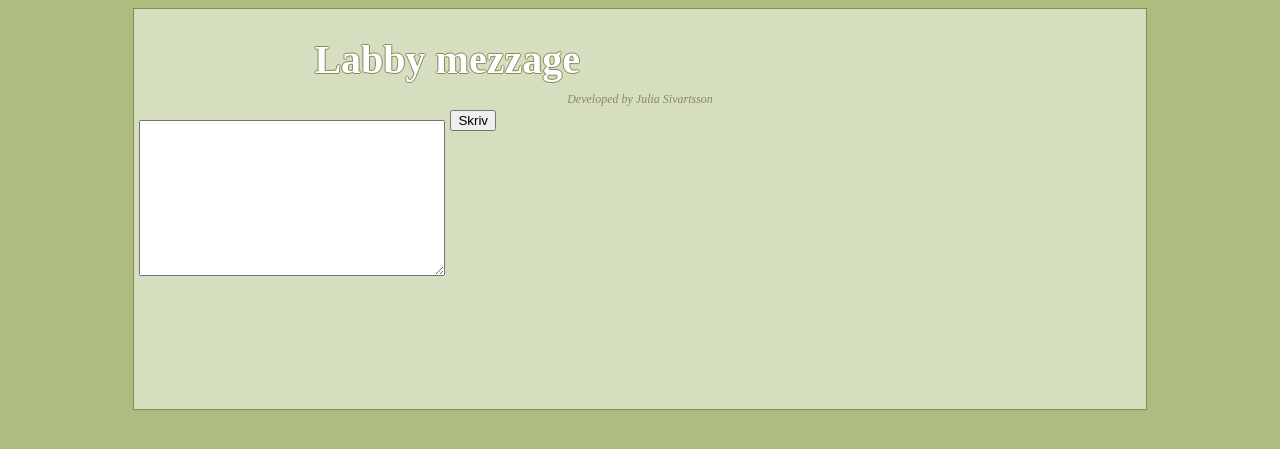
Repository: JuliaSivartsson/1dv403-jsigc09-laborationer
Page: 2-labbymezzage/Extraupgift/index.html
The author's editor kept a record of every edit. The page is drawn from the files as they stood at one moment, then again after the next edit.
The browser window is 1280 px wide. The pictures show the whole page.

Above is the page before.
Console error (its wording comes from the project's code and is left out).

### 2-labbymezzage/Extraupgift/index.html
<!DOCTYPE html>
<html lang="sv">
<head>
	<meta charset="UTF-8" />
    <link rel="stylesheet" type="text/css" href="css/style.css">
 	<title>Labby message</title>
</head>
    <body>
        <div id="content">
            <h1>Labby mezzage</h1>

            <div id="board1">
            </div>
            <div id="board2">
            </div>
        </div>

    	  <script src="js/MessageBoard.js"></script>
    	  <script src="js/Message.js"></script>

    </body>
<footer>
    <p>Developed by Julia Sivartsson</p>
</footer>
</html>

### 2-labbymezzage/Extraupgift/css/style.css
body{
    background-color: #AEBC80;
       font-family: serif;
       color: #8A8A5C;
}

h1{
   color: #fff;
   margin-left: 180px;
   font-size: 40px;
    text-shadow: -1px 0 #8A8A5C, 0 1px #8A8A5C, 1px 0 #8A8A5C, 0 -1px #8A8A5C;
}

#content{
    width: 80%;
    height: 400px;
    margin: 0 auto;
    border: 1px solid #8A8A5C;
    background-color: #D6DEC0;

}

#board1{
    float: left;
}

#board2{
    float: right;
}

#text{
    background-color: #fff;
}

#text p{
    font-size: 15px;
    margin: 0 30px;
    padding-top: 10px;
}

#viewmessages{
    background-color: #D6DEC0;
    padding-left: 10px;
}

textarea{
    margin: 10px 5px 0 5px;
    width: 300px;
    height: 150px;
}

footer{
    position: relative;
    top: -330px;
    width: 500px;
    height: 30px;
    margin: 0 auto;
}

footer p{
    font-size: 12px;
    font-style: italic;
    text-align: center;
}

.right{
    float: right;
    margin-right: 10px;
}

.button{
    float: right;
}

span{
    font-size: 10px;
}

### 2-labbymezzage/Extraupgift/js/MessageBoard.js
"use strict";

window.onload = function(){
    new MessageBoard("board1");
    new MessageBoard("board2");
    };

function MessageBoard(containerId){
    this.rootId = document.getElementById(containerId);
    this.messages = [];

    //Run methods on creation
    this.drawBoards();
    this.renderMessages();
}



MessageBoard.prototype.createMessage = function(){
        //Skapa nytt meddelande
        var text;
        var newMessage;

        text = this.rootId.getElementsByClassName("textarea")[0];
        console.log(text.value);

        //Är fältet tomt så händer ingenting
        if(text !== ""){
            newMessage = new Message(text, new Date());
        }



        this.messages.push(newMessage);
        this.renderMessages();

        text = "";
};

MessageBoard.prototype.renderMessage = function(messageID){
        //Skriv ut ETT meddelande

        var that = this;

        var mezzageShow = document.createElement("div");

        var viewmessages;
        var imgClock;
        var aClock;
        var imgRemove;
        var aRemove;
        var messageText;
        var spanTime;
        var time;
        var hr;



        MessageBoard.count();

    //Tidknapp
        imgClock = document.createElement("img");
        imgClock.setAttribute("src", "img/clock1.png");
        imgClock.setAttribute("alt", "Time");

        aClock = document.createElement("a");
        aClock.setAttribute("href", "#");
        aClock.setAttribute("class", "right");
        aClock.appendChild(imgClock);

        aClock.onclick = function(){
            alert(MessageBoard.messages[messageID].getDateText());
        };

    //Ta bort knapp
        imgRemove = document.createElement("img");
        imgRemove.setAttribute("src", "img/remove1.png");
        imgRemove.setAttribute("alt", "delete");

        aRemove = document.createElement("a");
        aRemove.setAttribute("href", "#");
        aRemove.setAttribute("class", "right");
        aRemove.appendChild(imgRemove);

        aRemove.onclick = function(){
            if(confirm("Are you sure you want to delete this message?")){
                MessageBoard.deleteMessage(messageID);
            }
            else{

            }
        };

    //Meddelandetext
        messageText = document.createElement("p");
        messageText.innerHTML = MessageBoard.messages[messageID].getHTMLText();
        var ourTime = new Date();

    //Tidsstämpel
        spanTime = document.createElement("span");
        time = ourTime.toLocaleTimeString();
        spanTime.innerHTML = time;

    //HR-tagg
        hr = document.createElement("hr");

        mezzageShow.appendChild(aClock);
        mezzageShow.appendChild(aRemove);
        mezzageShow.appendChild(messageText);
        mezzageShow.appendChild(spanTime);
        mezzageShow.appendChild(hr);

};

MessageBoard.prototype.renderMessages = function(){
        //Skriv ut ALLA meddelanden
        var that = this;

        var messageShow = document.getElementsByClassName("textarea")[0];
        var messageCount = document.getElementsByClassName("count")[0];

        //Rensar från tidigare utskrifter
        messageShow.innerHTML = "";
        messageCount = 0;

        var messageText = "";
        this.messages.forEach( function(message){

        });

        messageCount.innerHTML = this.count();
};

MessageBoard.prototype.deleteMessage = function(){
        //Radera meddelande
        MessageBoard.messages.splice(messageID, 1);
        MessageBoard.count();
        MessageBoard.renderMessages();
        //console.log("Deleted message " + messageID.innerHTML);
};

MessageBoard.prototype.count = function(){
        //Räknar antal meddelande
        return this.messages.length + " messages";
};


MessageBoard.prototype.drawBoards = function(){
            var that = this;
        var mezzageMain = document.createElement("div");
        mezzageMain.className = "text";
        this.rootId.appendChild(mezzageMain);

        var mezzageCount = document.createElement("div");
        mezzageCount.className = "count";
        this.rootId.appendChild(mezzageCount);

        var mezzageTextarea = document.createElement("textarea");
        mezzageTextarea.className = "textarea";
        mezzageTextarea.onkeypress = function(e){
            if(e.keyCode == 13 && !e.shiftKey){
                console.log("enter pressed");
                e.preventDefault();
                that.createMessage();
            }
        };

        this.rootId.appendChild(mezzageTextarea);

        that.count();

        //Referens till submit-knappen
        var mezzageButton = document.createElement("button");
        mezzageButton.className = "button";
        var buttonText = document.createTextNode("Skriv");
        mezzageButton.appendChild(buttonText);

        this.rootId.appendChild(mezzageButton);

        mezzageButton.onclick = function(e){
            that.createMessage();
        };

};

### 2-labbymezzage/Extraupgift/js/Message.js
"use strict";

function Message(message, date){

    this.getText = function(){
        return message;
    }

    this.setText = function(_text){
        message = _text;
    }

    this.getDate = function(){
        return date;
    }

    this.setDate = function(_date){
        date = _date;
    }

}

Message.prototype.toString = function(){
    return this.getText() + " ("+this.getDate()+")";
}

Message.prototype.getHTMLText = function(){
    return this.getText().replace(/[\n]/g, "<br />");
}

Message.prototype.getDateText = function(){
	var i = this.getDate().getMonth();
	var months = ["january", "february", "march", "april", "may", "june", "july", "august", "september", "october", "november", "december"];

	return	"Created "+this.getDate().getDate()+" " +months[i]+" "+this.getDate().getFullYear()+" at "+this.getDate().toLocaleTimeString();
}

After the next edit:
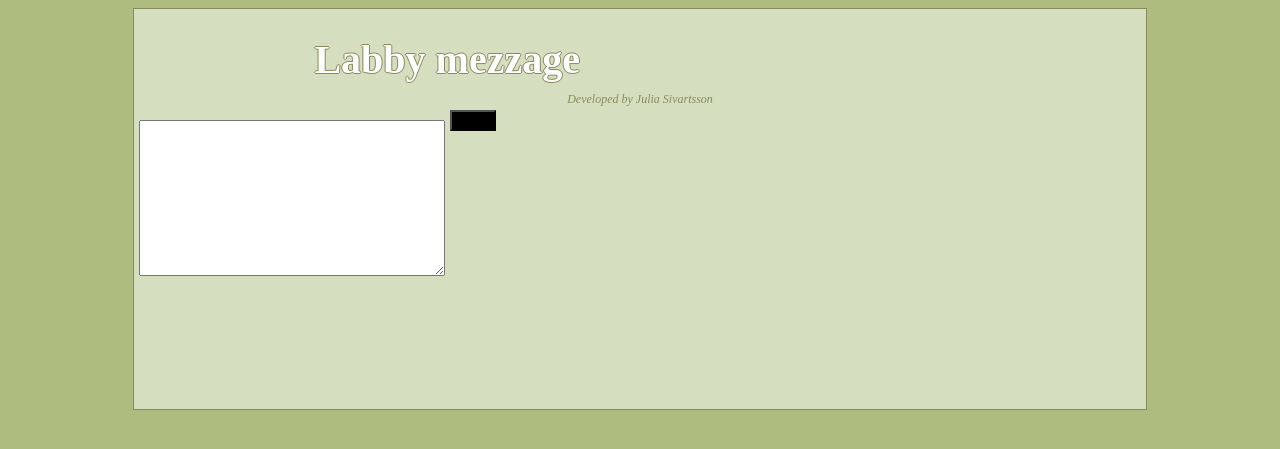
The edit:
--- a/2-labbymezzage/Extraupgift/css/style.css
+++ b/2-labbymezzage/Extraupgift/css/style.css
@@ -69,6 +69,7 @@
 }
 
 .button{
+    background-color: #000;
     float: right;
 }
 
